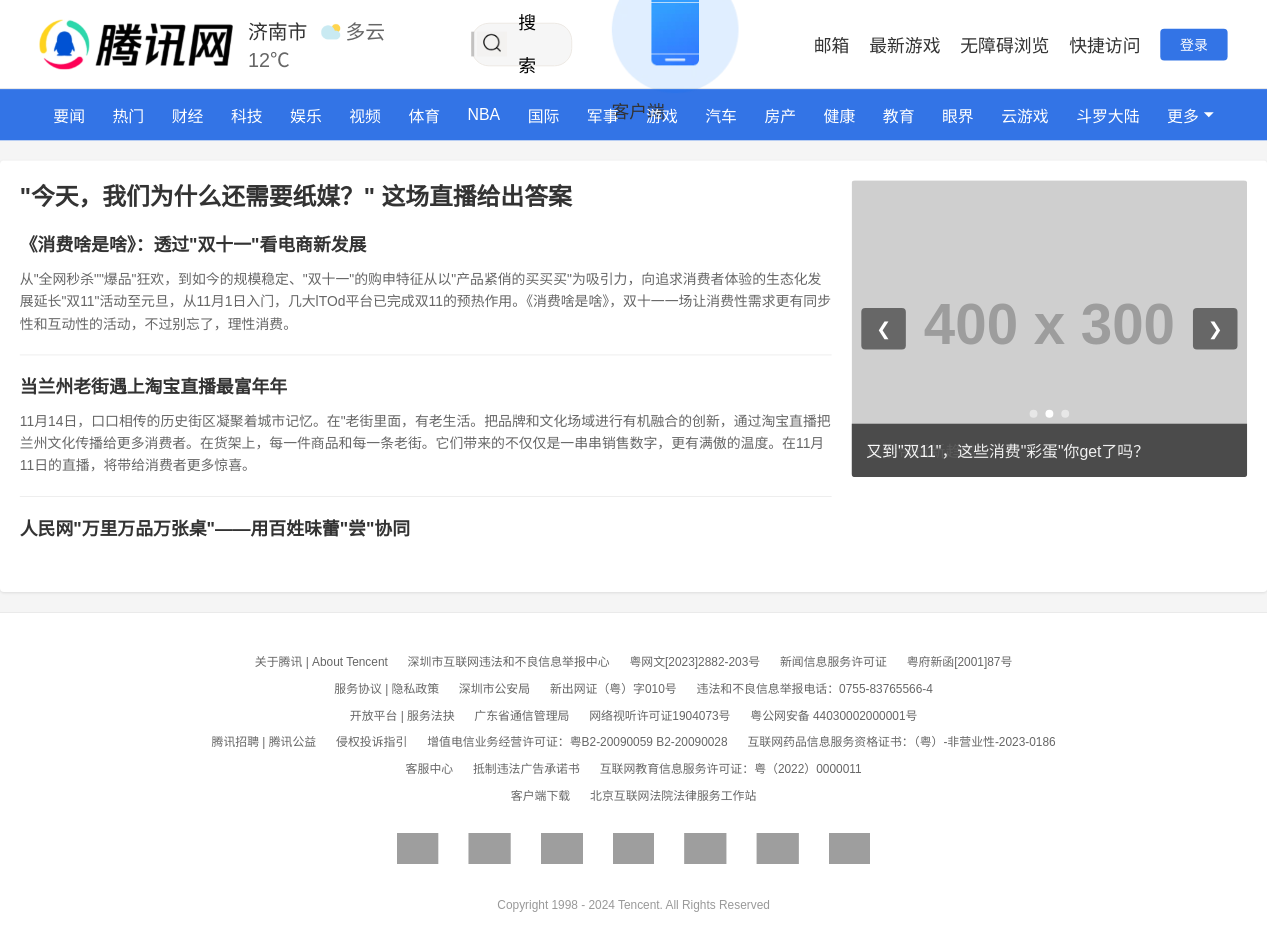
Repository: huang-heavenly-Emperor/xszy_TencentNews
Page: index.html
An editor plug-in stored every save of this project. The page is shown before and after a run of saves, followed by the edit.
The browser window is 1280 px wide. The pictures show the whole page, at 99% of full size.
Pictures or frames that could not be fetched are drawn as grey boxes. The style sheet was rebuilt from its Sass, Less or Tailwind sources for each picture, by a compiler version that may differ from the author's.

Above is the page before, as saved 2024-11-22 18:37:24.

### index.html
<!DOCTYPE html>
<html lang="zh">
<head>
    <meta charset="UTF-8">
    <meta name="viewport" content="width=device-width, initial-scale=1.0">
    <title>腾讯网导航栏</title>
    <link rel="stylesheet" href="assets/css/style.css">
</head>
<body>
    <header>
        <div class="top-nav">
            <div class="container">
                <div class="left">
                    <img src="assets/images/logo.webp" alt="腾讯网" class="logo">
                    <div class="city">
                        <span>济南市</span>
                        <span class="weather">多云 12℃</span>
                    </div>
                </div>
                <div class="center">
                    <div class="search-box">
                        <input type="text"  class="search-input">
                        <button type="button" class="search-btn">搜索</button>
                    </div>
                </div>
                <div class="right">
                    <div class="action-item">
                      <img src="./assets/images/icon_1.webp" alt="">
                      <a href="#" class="nav-item">客户端</a>
                    </div>




                    <a href="#" class="nav-item">邮箱</a>
                    <a href="#" class="nav-item">最新游戏</a>
                    <a href="#" class="nav-item">无障碍浏览</a>
                    <a href="#" class="nav-item">快捷访问</a>
                    <button class="login-btn">登录</button>
                </div>
            </div>
        </div>
        <nav class="bottom-nav">
            <div class="container">
                <a href="#" class="nav-link">要闻</a>
                <a href="#" class="nav-link">热门</a>
                <a href="#" class="nav-link">财经</a>
                <a href="#" class="nav-link">科技</a>
                <a href="#" class="nav-link">娱乐</a>
                <a href="#" class="nav-link">视频</a>
                <a href="#" class="nav-link">体育</a>
                <a href="#" class="nav-link">NBA</a>
                <a href="#" class="nav-link">国际</a>
                <a href="#" class="nav-link">军事</a>
                <a href="#" class="nav-link">游戏</a>
                <a href="#" class="nav-link">汽车</a>
                <a href="#" class="nav-link">房产</a>
                <a href="#" class="nav-link">健康</a>
                <a href="#" class="nav-link">教育</a>
                <a href="#" class="nav-link">眼界</a>
                <a href="#" class="nav-link">云游戏</a>
                <a href="#" class="nav-link">斗罗大陆</a>
                <a href="#" class="nav-link more">更多</a>
            </div>
        </nav>
    </header>

    <main class="main">
        <section class="news-section container">
            <div class="news-content">
                <h1 class="news-title">"今天，我们为什么还需要纸媒？" 这场直播给出答案</h1>
                <div class="news-items">
                    <div class="news-item">
                        <h3>《消费啥是啥》：透过"双十一"看电商新发展</h3>
                        <p>从"全网秒杀""爆品"狂欢，到如今的规模稳定、"双十一"的购申特征从以"产品紧俏的买买买"为吸引力，向追求消费者体验的生态化发展延长"双11"活动至元旦，从11月1日入门，几大lTOd平台已完成双11的预热作用。《消费啥是啥》，双十一一场让消费性需求更有同步性和互动性的活动，不过别忘了，理性消费。</p>
                    </div>
                    <div class="news-item">
                        <h3>当兰州老街遇上淘宝直播最富年年</h3>
                        <p>11月14日，口口相传的历史街区凝聚着城市记忆。在"老街里面，有老生活。把品牌和文化场域进行有机融合的创新，通过淘宝直播把兰州文化传播给更多消费者。在货架上，每一件商品和每一条老街。它们带来的不仅仅是一串串销售数字，更有满傲的温度。在11月11日的直播，将带给消费者更多惊喜。</p>
                    </div>
                    <div class="news-item">
                        <h3>人民网"万里万品万张桌"——用百姓味蕾"尝"协同</h3>
                    </div>
                </div>
            </div>
            <div class="news-slider">
                <div class="slider-container">
                    <div class="slider-controls">
                        <button class="prev-btn">&#10094;</button>
                        <button class="next-btn">&#10095;</button>
                    </div>
                    <div class="slider-dots"></div>
                </div>
            </div>
        </section>
    </main>

    <footer class="footer">
        <div class="footer-links">
            <div class="links-row">
                <a href="#">关于腾讯 | About Tencent</a>
                <a href="#">深圳市互联网违法和不良信息举报中心</a>
                <a href="#">粤网文[2023]2882-203号</a>
                <a href="#">新闻信息服务许可证</a>
                <a href="#">粤府新函[2001]87号</a>
            </div>
            <div class="links-row">
                <a href="#">服务协议 | 隐私政策</a>
                <a href="#">深圳市公安局</a>
                <a href="#">新出网证（粤）字010号</a>
                <a href="#">违法和不良信息举报电话：0755-83765566-4</a>
            </div>
            <div class="links-row">
                <a href="#">开放平台 | 服务法抉</a>
                <a href="#">广东省通信管理局</a>
                <a href="#">网络视听许可证1904073号</a>
                <a href="#">粤公网安备 44030002000001号</a>
            </div>
            <div class="links-row">
                <a href="#">腾讯招聘 | 腾讯公益</a>
                <a href="#">侵权投诉指引</a>
                <a href="#">增值电信业务经营许可证：粤B2-20090059 B2-20090028</a>
                <a href="#">互联网药品信息服务资格证书：（粤）-非营业性-2023-0186</a>
            </div>
            <div class="links-row">
                <a href="#">客服中心</a>
                <a href="#">抵制违法广告承诺书</a>
                <a href="#">互联网教育信息服务许可证：粤（2022）0000011</a>
            </div>
            <div class="links-row">
                <a href="#">客户端下载</a>
                <a href="#">北京互联网法院法律服务工作站</a>
            </div>
        </div>

        <div class="partner-links">
            <a href="#" class="partner-item">
                <img src="https://mat1.gtimg.com/www/images/qq2012/buliang.png" alt="中国互联网联合辟谣平台">
            </a>
            <a href="#" class="partner-item">
                <img src="https://mat1.gtimg.com/www/images/qq2012/jubao.png" alt="中国互联网违法和不良信息举报中心">
            </a>
            <a href="#" class="partner-item">
                <img src="https://mat1.gtimg.com/www/images/qq2012/cnnic.png" alt="中国文明网传播文明">
            </a>
            <a href="#" class="partner-item">
                <img src="https://mat1.gtimg.com/www/images/qq2012/kexin.png" alt="可信网站">
            </a>
            <a href="#" class="partner-item">
                <img src="https://mat1.gtimg.com/www/images/qq2012/anquan.png" alt="工商网监电子标识">
            </a>
            <a href="#" class="partner-item">
                <img src="https://mat1.gtimg.com/www/images/qq2012/wzjb.png" alt="深圳市消费者委员会">
            </a>
            <a href="#" class="partner-item">
                <img src="https://mat1.gtimg.com/www/images/qq2012/wza.png" alt="无障碍服务">
            </a>
        </div>

        <div class="copyright">
            Copyright 1998 - 2024 Tencent. All Rights Reserved
        </div>
    </footer>

    <script src="assets/js/main.js"></script>
</body>
</html>

### assets/js/main.js
document.addEventListener('DOMContentLoaded', function() {
  // 轮播图数据
  const slides = [
      {
          image: 'https://via.placeholder.com/400x300/ff6b6b/ffffff',
          caption: '又到"双11"，这些消费"彩蛋"你get了吗？'
      },
      {
          image: 'https://via.placeholder.com/400x300/339af0/ffffff',
          caption: '直播带货新趋势'
      },
      {
          image: 'https://via.placeholder.com/400x300/51cf66/ffffff',
          caption: '电商新发展'
      }
  ];

  let currentSlide = 0;
  const sliderContainer = document.querySelector('.slider-container');
  const dotsContainer = document.querySelector('.slider-dots');

  // 初始化轮播图
  function initSlider() {
      // 创建轮播项
      slides.forEach((slide, index) => {
          const slideElement = document.createElement('div');
          slideElement.className = `slider-item ${index === 0 ? 'active' : ''}`;
          slideElement.innerHTML = `
              <img src="${slide.image}" alt="slide ${index + 1}">
              <div class="slider-caption">${slide.caption}</div>
          `;
          sliderContainer.appendChild(slideElement);

          // 创建指示点
          const dot = document.createElement('span');
          dot.className = `dot ${index === 0 ? 'active' : ''}`;
          dot.addEventListener('click', () => goToSlide(index));
          dotsContainer.appendChild(dot);
      });
  }

  // 切换到指定幻灯片
  function goToSlide(index) {
      const slideItems = document.querySelectorAll('.slider-item');
      const dots = document.querySelectorAll('.dot');

      slideItems[currentSlide].classList.remove('active');
      dots[currentSlide].classList.remove('active');

      currentSlide = index;

      slideItems[currentSlide].classList.add('active');
      dots[currentSlide].classList.add('active');
  }

  // 下一张幻灯片
  function nextSlide() {
      goToSlide((currentSlide + 1) % slides.length);
  }

  // 上一张幻灯片
  function prevSlide() {
      goToSlide((currentSlide - 1 + slides.length) % slides.length);
  }

  // 添加按钮事件监听
  document.querySelector('.prev-btn').addEventListener('click', prevSlide);
  document.querySelector('.next-btn').addEventListener('click', nextSlide);

  // 自动播放
  setInterval(nextSlide, 5000);

  // 初始化轮播图
  initSlider();
});

### assets/css/style.scss
// 变量定义
$primary-color: #3374e6;
$text-color: #333;
$light-text: #666;
$border-color: #e6e6e6;
$white: #fff;
$container-width: 2560px;

// 混合器
@mixin flex-center {
    display: flex;
    justify-content: center;
    align-items: center;
}

@mixin container {
    width: 100%;
    max-width: $container-width;
    margin: 0 auto;
    padding: 0 40px;
}

// 基础样式
* {
    margin: 0;
    padding: 0;
    box-sizing: border-box;
}

body {
    font-family: Arial, sans-serif;
    width: 100%;
}

header,
main,
footer {
    min-width: 1200px;
}

// 导航样式
.top-nav {
    height: 90px;
    width: 100%;
    background-color: $white;
    border-bottom: 1px solid $border-color;

    .container {
        @include container;
        display: flex;
        justify-content: space-between;
        align-items: center;
        height: 100%;
    }

    .left {
        display: flex;
        align-items: center;
        gap: 15px;
        min-width: 200px;

        .logo {
            height: 50px;
        }
    }

    .city {
        color: $text-color;
        font-size: 20px;

        .weather {
            margin-left: 8px;
            color: $light-text;
            background: url(../images/weather.png) no-repeat left center;
            background-size: 20px;
            padding-left: 25px;
        }
    }

    .center {
        flex: 1.5;
        max-width: 600px;
        margin: 0 40px;
        height: 44px;


        .search-box {

            border: none;
            position: relative;

            .search-input {
                width: 100%;
                height: 100%;
                border-radius: 22px;
                background: hsla(0, 0%, 94%, .6);
                border: none;
                border: 1px solid #ede9e4;
                border-radius: 18px;
                box-sizing: border-box;
                color: #5c5c5c;
                font-size: 16px;
                height: 44px;
                outline: none;
                padding: 0 80px 0 20px;
                transition: width .3s linear;
                width: 100%;
            }

            .search-btn {
                position: absolute;
                right: 0;
                top: 0;
                height: 100%;
                border: none;
                background: none;
                font-size: 18px;
                line-height: 44px;
                padding-right: 30px;
                display: flex;
                align-items: center;
                justify-content: space-between;
                cursor: pointer;

                &::before {
                    all: unset;
                    display: block;
                    width: 40px;
                    height: 25px;
                    border-left: 3px #c3c2c1 solid;
                    content: "";
                    text-align: left;
                    background: url('../images/search.png') right center no-repeat;
                    background-size: 30px;
                    margin-right: 5px;

                }
            }
        }

    }

    .right {
        display: flex;
        align-items: center;
        gap: 20px;

        min-width: 400px;
        justify-content: flex-end;
        a{
            font-size: 18px;
        }
    }
}

// 搜索框样式

// 导航链接
.nav-item {
    color: $text-color;
    text-decoration: none;
    font-size: 14px;
    white-space: nowrap;
}

.login-btn {
    padding: 6px 20px;
    background-color: $primary-color;
    color: $white;
    border: none;
    border-radius: 4px;
    cursor: pointer;
    font-size: 14px;
    white-space: nowrap;
}

// 底部导航
.bottom-nav {
    height: 52px;
    width: 100%;
    background-color: $primary-color;

    .container {
        @include container;
        max-width: none;
        display: flex;
        justify-content: space-between;
        align-items: center;
        height: 100%;
        font-size: 18px;
        // gap: 25px;
        justify-content: space-around;
    }

    .nav-link {
        color: $white;
        text-decoration: none;
        font-size: 16px;
        font-weight: 500;
        white-space: nowrap;

        &:hover {
            opacity: 0.9;
        }

        &.more {
            position: relative;
            padding-right: 15px;

            &::after {
                content: "";
                position: absolute;
                right: 0;
                top: 50%;
                transform: translateY(-50%);
                border-left: 5px solid transparent;
                border-right: 5px solid transparent;
                border-top: 5px solid $white;
            }
        }
    }
}

// 主要内容区域
.main {
    padding: 20px 0;
    background-color: #f5f5f5;
    width: 100%;

    .news-section.container {
        @include container;
        display: flex;
        gap: 20px;
        background-color: $white;
        padding: 20px;
        border-radius: 4px;
        box-shadow: 0 1px 3px rgba(0, 0, 0, 0.1);
    }
}

// 新闻内容
.news-content {
    flex: 1;
    min-width: 0;

    .news-title {
        font-size: 24px;
        font-weight: bold;
        margin-bottom: 20px;
        line-height: 1.4;
        color: $text-color;
    }

    .news-items {
        display: flex;
        flex-direction: column;
        gap: 20px;
    }

    .news-item {
        padding-bottom: 20px;
        border-bottom: 1px solid #eee;

        &:last-child {
            border-bottom: none;
        }

        h3 {
            font-size: 18px;
            margin-bottom: 10px;
            color: $text-color;
            line-height: 1.4;
        }

        p {
            font-size: 14px;
            line-height: 1.6;
            color: $light-text;
        }
    }
}

// 轮播图
.news-slider {
    width: 400px;
    flex-shrink: 0;

    .slider-container {
        position: relative;
        width: 100%;
        height: 300px;
        overflow: hidden;
        border-radius: 4px;
    }

    .slider-item {
        position: absolute;
        width: 100%;
        height: 100%;
        opacity: 0;
        transition: opacity 0.5s ease-in-out;

        &.active {
            opacity: 1;
        }

        img {
            width: 100%;
            height: 100%;
            object-fit: cover;
        }
    }

    .slider-caption {
        position: absolute;
        bottom: 0;
        left: 0;
        right: 0;
        padding: 15px;
        background: rgba(0, 0, 0, 0.7);
        color: $white;
        font-size: 16px;
    }

    .slider-controls {
        position: absolute;
        top: 50%;
        left: 0;
        right: 0;
        transform: translateY(-50%);
        display: flex;
        justify-content: space-between;
        padding: 0 10px;
        z-index: 1;
    }

    .prev-btn,
    .next-btn {
        background: rgba(0, 0, 0, 0.5);
        color: $white;
        border: none;
        padding: 10px 15px;
        cursor: pointer;
        font-size: 18px;
        border-radius: 4px;
    }

    .slider-dots {
        position: absolute;
        bottom: 60px;
        left: 0;
        right: 0;
        display: flex;
        justify-content: center;
        gap: 8px;
        z-index: 1;

        .dot {
            width: 8px;
            height: 8px;
            border-radius: 50%;
            background: rgba(255, 255, 255, 0.5);
            cursor: pointer;

            &.active {
                background: $white;
            }
        }
    }
}

// 页脚
.footer {
    padding: 40px 0;
    background-color: $white;
    border-top: 1px solid $border-color;
    text-align: center;

    .footer-links {
        @include container;
    }

    .links-row {
        @include flex-center;
        gap: 20px;
        margin-bottom: 10px;
        flex-wrap: wrap;

        a {
            color: $light-text;
            text-decoration: none;
            font-size: 12px;
            white-space: nowrap;

            &:hover {
                color: $primary-color;
            }
        }
    }

    .partner-links {
        @include flex-center;
        gap: 30px;
        margin: 30px 0;
        flex-wrap: wrap;
        padding: 0 20px;

        .partner-item {
            display: inline-block;

            img {
                height: 32px;
                width: auto;
            }
        }
    }

    .copyright {
        color: #999;
        font-size: 12px;
        margin-top: 20px;
    }
}

// 响应式设计
@media screen and (max-width: 1200px) {
    .container {
        padding: 0 20px;
    }

    .right {
        min-width: 300px;
        gap: 15px;
    }

    .bottom-nav .container {
        gap: 15px;
    }

    .links-row {
        gap: 15px;
    }

    .partner-links {
        gap: 20px;
    }
}

@media screen and (max-width: 768px) {
    .container {
        padding: 0 10px;
    }

    .right {
        min-width: 200px;
        gap: 10px;
    }

    .bottom-nav .container {
        gap: 10px;
    }

    .nav-link {
        font-size: 14px;
    }

    .news-section.container {
        flex-direction: column;
    }

    .news-slider {
        width: 100%;
    }

    .news-title {
        font-size: 20px;
    }

    .links-row {
        gap: 10px;
        justify-content: flex-start;
    }

    .partner-links {
        gap: 15px;
    }
}

After the next 2 saves:
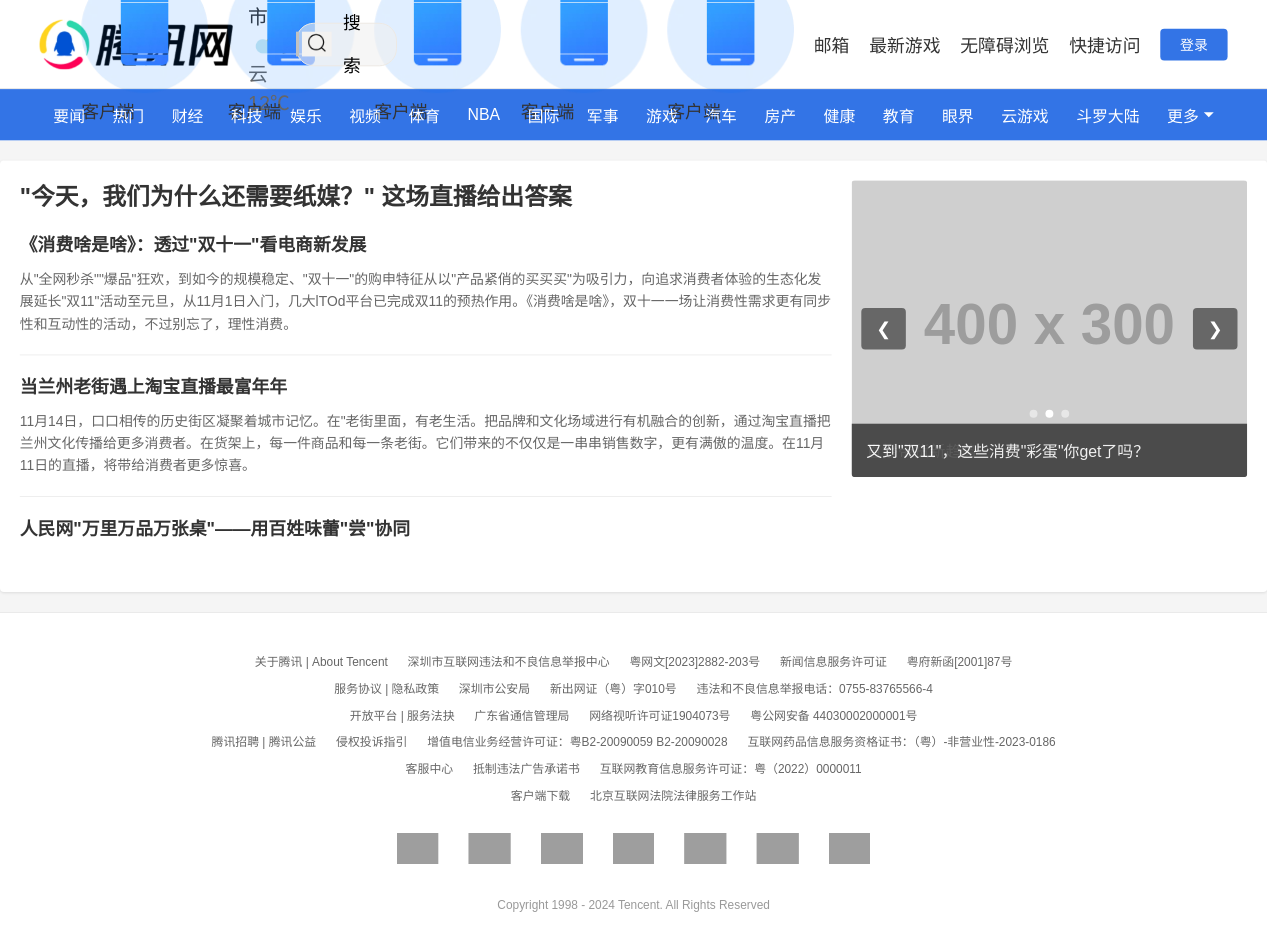
The 2 saves are shown as one change because they came seconds apart.
The last was saved 9 s later.
--- a/index.html
+++ b/index.html
@@ -24,6 +24,23 @@
                     </div>
                 </div>
                 <div class="right">
+                    <div class="action-item">
+                      <img src="./assets/images/icon_1.webp" alt="">
+                      <a href="#" class="nav-item">客户端</a>
+                    </div>
+
+                    <div class="action-item">
+                      <img src="./assets/images/icon_1.webp" alt="">
+                      <a href="#" class="nav-item">客户端</a>
+                    </div>
+                    <div class="action-item">
+                      <img src="./assets/images/icon_1.webp" alt="">
+                      <a href="#" class="nav-item">客户端</a>
+                    </div>
+                    <div class="action-item">
+                      <img src="./assets/images/icon_1.webp" alt="">
+                      <a href="#" class="nav-item">客户端</a>
+                    </div>
                     <div class="action-item">
                       <img src="./assets/images/icon_1.webp" alt="">
                       <a href="#" class="nav-item">客户端</a>
